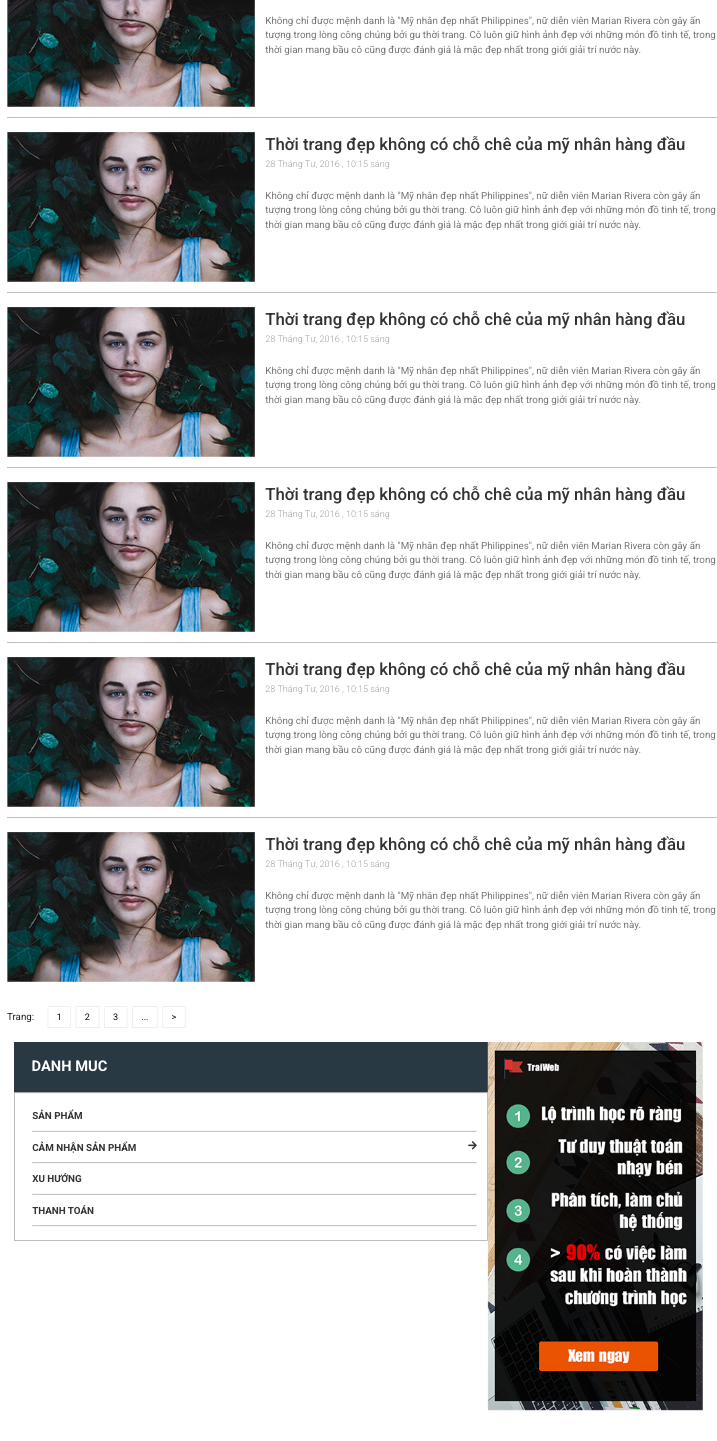
Repository: vinhtk0209/Vietsoz-reponsive
Page: index.html
The author's editor kept a copy of each file at every save. The page is drawn from the files as they stood at one save, then again after a run of saves.
The browser window is 1024 px wide. The pictures show the part of the page from y = 772 to 3012 px (the page is 2831 px tall before and 3012 px after), at 70% of full size.

Above is the page before, as saved 2021-10-24 16:18:37.

### index.html
<!DOCTYPE html>
<html lang="en">
  <head>
    <meta charset="UTF-8" />
    <meta http-equiv="X-UA-Compatible" content="IE=edge" />
    <meta name="viewport" content="width=device-width, initial-scale=1.0" />
    <link rel="stylesheet" href="assets/css/reset.css" />
    <link rel="stylesheet" href="assets/css/global.css" />
    <link rel="stylesheet" href="assets/css/main.css" />
    <link rel="stylesheet" href="assets/fontawesome/css/all.css" />
    <link rel="stylesheet" href="assets/css/reponsive.css" />
    <link rel="preconnect" href="https://fonts.googleapis.com" />
    <link rel="preconnect" href="https://fonts.gstatic.com" crossorigin />
    <link
      href="https://fonts.googleapis.com/css2?family=Roboto:ital,wght@0,100;0,300;0,400;0,500;0,700;0,900;1,100;1,300;1,400;1,500;1,700;1,900&display=swap"
      rel="stylesheet"
    />
    <link rel="preconnect" href="https://fonts.googleapis.com" />
    <link rel="preconnect" href="https://fonts.gstatic.com" crossorigin />
    <link
      href="https://fonts.googleapis.com/css2?family=Roboto+Condensed:ital,wght@0,300;0,400;0,700;1,300;1,400;1,700&display=swap"
      rel="stylesheet"
    />
    <div id="fb-root"></div>
    <script
      async
      defer
      crossorigin="anonymous"
      src="https://connect.facebook.net/vi_VN/sdk.js#xfbml=1&version=v11.0"
      nonce="ecJjSUD8"
    ></script>
    <script
      src="https://code.jquery.com/jquery-3.6.0.js"
      integrity="sha256-H+K7U5CnXl1h5ywQfKtSj8PCmoN9aaq30gDh27Xc0jk="
      crossorigin="anonymous"
    ></script>
    <title>VIESOZ</title>
  </head>

  <body>
    <!-- wrapper starts -->
    <div class="wrapper">
      <!-- header starts -->
      <header class="header">
        <div class="container">
          <div
            class="wp-header-top d-flex align-i-center justify-content-between"
          >
            <div class="header-banner">
              <img src="assets/images/logo.png" alt="" />
            </div>
            <nav class="header-main-menu">
              <ul class="d-flex main-menu">
                <li><a href="">trang chủ</a></li>
                <li><a href="">về chúng tôi</a></li>
                <li class="product-have-menu">
                  <a href=""
                    >sản phẩm
                    <span class="arrow-down"
                      ><i class="fas fa-chevron-down"></i></span
                  ></a>
                </li>

                <li><a href="">xu hướng</a></li>
                <li><a href="">thanh toán</a></li>
                <li><a href="">liên hệ</a></li>
              </ul>
            </nav>
            <nav class="header-main-menu reponsive">
              <ul class="main-menu sub">
                <li><a href="">trang chủ</a></li>
                <li><a href="">về chúng tôi</a></li>
                <li class="product-have-menu">
                  <a href="">sản phẩm </a>
                </li>

                <li><a href="">xu hướng</a></li>
                <li><a href="">thanh toán</a></li>
                <li><a href="">liên hệ</a></li>
              </ul>
            </nav>
            <ul class="icon-menu d-flex">
              <li>
                <a href=""
                  ><span class="search"><i class="fas fa-search"></i></span
                ></a>
              </li>
              <li>
                <a href="" class="shopping-cart"
                  ><span class="icon-cart"
                    ><i class="fas fa-shopping-bag"></i></span
                ></a>
              </li>
            </ul>
            <div class="nav-bar">
              <i class="fas fa-bars"></i>
            </div>
          </div>
        </div>
        <div class="wp-head-extra-menu">
          <ul class="list-menu-header-extra d-flex container">
            <li>
              <a href="">
                <span class="home-icon">
                  <i class="fas fa-home"></i>
                </span>
              </a>
            </li>

            <li class="home-text">
              <a href="">trang chủ</a>
            </li>
            <li>
              <a href="">
                <span class="arrow-righ">
                  <i class="fas fa-arrow-right"></i>
                </span>
              </a>
            </li>
            <li class="trend">
              <a href="">Xu hướng</a>
            </li>
          </ul>
        </div>
      </header>
      <!-- header ends -->

      <!-- content starts -->
      <div id="content">
        <!-- wp-content starts -->
        <div class="container d-flex justify-content-between box-content">
          <div class="wp-content-news">
            <ul class="list-news">
              <li>
                <div class="image-news">
                  <a href="">
                    <img src="assets/images/photo-92222.png" alt="" />
                  </a>
                </div>
                <div class="more-info">
                  <a href="" class="title"
                    >Thời trang đẹp không có chỗ chê của mỹ nhân hàng đầu
                  </a>
                  <p class="date">28 Tháng Tư, 2016 , 10:15 sáng</p>
                  <p class="content">
                    Không chỉ được mệnh danh là "Mỹ nhân đẹp nhất Philippines",
                    nữ diễn viên Marian Rivera còn gây ấn tượng trong lòng công
                    chúng bởi gu thời trang. Cô luôn giữ hình ảnh đẹp với những
                    món đồ tinh tế, trong thời gian mang bầu cô cũng được đánh
                    giá là mặc đẹp nhất trong giới giải trí nước này.
                  </p>
                </div>
              </li>
              <li>
                <div class="image-news">
                  <a href="">
                    <img src="assets/images/photo-92222.png" alt="" />
                  </a>
                </div>
                <div class="more-info">
                  <a href="" class="title"
                    >Thời trang đẹp không có chỗ chê của mỹ nhân hàng đầu
                  </a>
                  <p class="date">28 Tháng Tư, 2016 , 10:15 sáng</p>
                  <p class="content">
                    Không chỉ được mệnh danh là "Mỹ nhân đẹp nhất Philippines",
                    nữ diễn viên Marian Rivera còn gây ấn tượng trong lòng công
                    chúng bởi gu thời trang. Cô luôn giữ hình ảnh đẹp với những
                    món đồ tinh tế, trong thời gian mang bầu cô cũng được đánh
                    giá là mặc đẹp nhất trong giới giải trí nước này.
                  </p>
                </div>
              </li>
              <li>
                <div class="image-news">
                  <a href="">
                    <img src="assets/images/photo-92222.png" alt="" />
                  </a>
                </div>
                <div class="more-info">
                  <a href="" class="title"
                    >Thời trang đẹp không có chỗ chê của mỹ nhân hàng đầu
                  </a>
                  <p class="date">28 Tháng Tư, 2016 , 10:15 sáng</p>
                  <p class="content">
                    Không chỉ được mệnh danh là "Mỹ nhân đẹp nhất Philippines",
                    nữ diễn viên Marian Rivera còn gây ấn tượng trong lòng công
                    chúng bởi gu thời trang. Cô luôn giữ hình ảnh đẹp với những
                    món đồ tinh tế, trong thời gian mang bầu cô cũng được đánh
                    giá là mặc đẹp nhất trong giới giải trí nước này.
                  </p>
                </div>
              </li>
              <li>
                <div class="image-news">
                  <a href="">
                    <img src="assets/images/photo-92222.png" alt="" />
                  </a>
                </div>
                <div class="more-info">
                  <a href="" class="title"
                    >Thời trang đẹp không có chỗ chê của mỹ nhân hàng đầu
                  </a>
                  <p class="date">28 Tháng Tư, 2016 , 10:15 sáng</p>
                  <p class="content">
                    Không chỉ được mệnh danh là "Mỹ nhân đẹp nhất Philippines",
                    nữ diễn viên Marian Rivera còn gây ấn tượng trong lòng công
                    chúng bởi gu thời trang. Cô luôn giữ hình ảnh đẹp với những
                    món đồ tinh tế, trong thời gian mang bầu cô cũng được đánh
                    giá là mặc đẹp nhất trong giới giải trí nước này.
                  </p>
                </div>
              </li>
              <li>
                <div class="image-news">
                  <a href="">
                    <img src="assets/images/photo-92222.png" alt="" />
                  </a>
                </div>
                <div class="more-info">
                  <a href="" class="title"
                    >Thời trang đẹp không có chỗ chê của mỹ nhân hàng đầu
                  </a>
                  <p class="date">28 Tháng Tư, 2016 , 10:15 sáng</p>
                  <p class="content">
                    Không chỉ được mệnh danh là "Mỹ nhân đẹp nhất Philippines",
                    nữ diễn viên Marian Rivera còn gây ấn tượng trong lòng công
                    chúng bởi gu thời trang. Cô luôn giữ hình ảnh đẹp với những
                    món đồ tinh tế, trong thời gian mang bầu cô cũng được đánh
                    giá là mặc đẹp nhất trong giới giải trí nước này.
                  </p>
                </div>
              </li>
              <li>
                <div class="image-news">
                  <a href="">
                    <img src="assets/images/photo-92222.png" alt="" />
                  </a>
                </div>
                <div class="more-info">
                  <a href="" class="title"
                    >Thời trang đẹp không có chỗ chê của mỹ nhân hàng đầu
                  </a>
                  <p class="date">28 Tháng Tư, 2016 , 10:15 sáng</p>
                  <p class="content">
                    Không chỉ được mệnh danh là "Mỹ nhân đẹp nhất Philippines",
                    nữ diễn viên Marian Rivera còn gây ấn tượng trong lòng công
                    chúng bởi gu thời trang. Cô luôn giữ hình ảnh đẹp với những
                    món đồ tinh tế, trong thời gian mang bầu cô cũng được đánh
                    giá là mặc đẹp nhất trong giới giải trí nước này.
                  </p>
                </div>
              </li>
              <li>
                <div class="image-news">
                  <a href="">
                    <img src="assets/images/photo-92222.png" alt="" />
                  </a>
                </div>
                <div class="more-info">
                  <a href="" class="title"
                    >Thời trang đẹp không có chỗ chê của mỹ nhân hàng đầu
                  </a>
                  <p class="date">28 Tháng Tư, 2016 , 10:15 sáng</p>
                  <p class="content">
                    Không chỉ được mệnh danh là "Mỹ nhân đẹp nhất Philippines",
                    nữ diễn viên Marian Rivera còn gây ấn tượng trong lòng công
                    chúng bởi gu thời trang. Cô luôn giữ hình ảnh đẹp với những
                    món đồ tinh tế, trong thời gian mang bầu cô cũng được đánh
                    giá là mặc đẹp nhất trong giới giải trí nước này.
                  </p>
                </div>
              </li>
              <li>
                <div class="image-news">
                  <a href="">
                    <img src="assets/images/photo-92222.png" alt="" />
                  </a>
                </div>
                <div class="more-info">
                  <a href="" class="title"
                    >Thời trang đẹp không có chỗ chê của mỹ nhân hàng đầu
                  </a>
                  <p class="date">28 Tháng Tư, 2016 , 10:15 sáng</p>
                  <p class="content">
                    Không chỉ được mệnh danh là "Mỹ nhân đẹp nhất Philippines",
                    nữ diễn viên Marian Rivera còn gây ấn tượng trong lòng công
                    chúng bởi gu thời trang. Cô luôn giữ hình ảnh đẹp với những
                    món đồ tinh tế, trong thời gian mang bầu cô cũng được đánh
                    giá là mặc đẹp nhất trong giới giải trí nước này.
                  </p>
                </div>
              </li>
            </ul>
            <!-- num pages starts -->
            <div class="nums-page">
              <ul class="pages-num d-flex align-i-center">
                <li>trang:</li>
                <li><a href="">1</a></li>
                <li><a href="">2</a></li>
                <li><a href="">3</a></li>
                <li><a href="">...</a></li>
                <li><a href="">></a></li>
              </ul>
            </div>
            <!-- num pages ends -->
        </div>
        <!-- wp-content ends -->

        <!-- sidebar starts -->
        <div class="wp-content-list-caterory">
          <div class="box-caterory">
            <div class="box-title">
              <h3>danh muc</h3>
            </div>
            <div class="box-body">
              <ul>
                <li><a href="">sản phẩm</a></li>
                <li>
                  <a href=""
                    >cảm nhận sản phẩm
                    <span class="arrow-right"
                      ><i class="fas fa-arrow-right"></i></span
                  ></a>
                </li>
                <li><a href="">xu hướng</a></li>
                <li><a href="">thanh toán</a></li>
              </ul>
            </div>
          </div>
          <div class="box-banner">
            <a href="">
              <img src="assets/images/banner-02.png" alt="" />
            </a>
          </div>
          <div class="list-product">
            <div class="box-product">
              <div class="box-title">
                <h3>sản phẩm bán chạy</h3>
              </div>
              <div class="box-body">
                <ul>
                  <li>
                    <div class="image-product">
                      <a href="">
                        <img src="assets/images/Layer_9_copy.png" alt="" />
                      </a>
                    </div>
                    <div class="info-product">
                      <a href="" class="title">
                        Mascara làm dày và dài mi MAYBELLINE Falsies 9.2m
                      </a>
                      <p class="price">
                        345.000đ
                        <span class="discount"><del>380.000 đ</del></span>
                      </p>

                      <a href="" class="details"
                        >Chi tiết
                        <span class="buy-arrow-right"
                          ><i class="fas fa-arrow-right"></i></span
                      ></a>
                    </div>
                  </li>
                  <li>
                    <div class="image-product">
                      <a href="">
                        <img src="assets/images/Layer_9_copy.png" alt="" />
                      </a>
                    </div>
                    <div class="info-product">
                      <a href="" class="title">
                        Mascara làm dày và dài mi MAYBELLINE Falsies 9.2m
                      </a>
                      <p class="price">
                        345.000đ
                        <span class="discount"><del>380.000 đ</del></span>
                      </p>

                      <a href="" class="details"
                        >Chi tiết
                        <span class="buy-arrow-right"
                          ><i class="fas fa-arrow-right"></i></span
                      ></a>
                    </div>
                  </li>
                  <li>
                    <div class="image-product">
                      <a href="">
                        <img src="assets/images/Layer_9_copy.png" alt="" />
                      </a>
                    </div>
                    <div class="info-product">
                      <a href="" class="title">
                        Mascara làm dày và dài mi MAYBELLINE Falsies 9.2m
                      </a>
                      <p class="price">
                        345.000đ
                        <span class="discount"><del>380.000 đ</del></span>
                      </p>

                      <a href="" class="details"
                        >Chi tiết
                        <span class="buy-arrow-right"
                          ><i class="fas fa-arrow-right"></i></span
                      ></a>
                    </div>
                  </li>
                  <li>
                    <div class="image-product">
                      <a href="">
                        <img src="assets/images/Layer_9_copy.png" alt="" />
                      </a>
                    </div>
                    <div class="info-product">
                      <a href="" class="title">
                        Mascara làm dày và dài mi MAYBELLINE Falsies 9.2m
                      </a>
                      <p class="price">
                        345.000đ
                        <span class="discount"><del>380.000 đ</del></span>
                      </p>

                      <a href="" class="details"
                        >Chi tiết
                        <span class="buy-arrow-right"
                          ><i class="fas fa-arrow-right"></i></span
                      ></a>
                    </div>
                  </li>
                  <li>
                    <div class="image-product">
                      <a href="">
                        <img src="assets/images/Layer_9_copy.png" alt="" />
                      </a>
                    </div>
                    <div class="info-product">
                      <a href="" class="title">
                        Mascara làm dày và dài mi MAYBELLINE Falsies 9.2m
                      </a>
                      <p class="price">
                        345.000đ
                        <span class="discount"><del>380.000 đ</del></span>
                      </p>

                      <a href="" class="details"
                        >Chi tiết
                        <span class="buy-arrow-right"
                          ><i class="fas fa-arrow-right"></i></span
                      ></a>
                    </div>
                  </li>
                </ul>
              </div>
            </div>
          </div>
        </div>
      </div>
        <!-- sidebar ends -->
      </div>

      <!-- content ends -->
    </div>
    <!-- wrapper ends -->
    <script src="assets/js/main.js"></script>
  </body>
</html>

### assets/css/global.css
/* .text-center{
    text-align: center;
}
.text-left{
    text-align: left;
}
.text-right{
    text-align: right;
}
.float-left{
    float:left;

}
.float-right{
    float:right;
}
.container{
    width:1150px;
    margin:0px auto;


}
.flex-space{
    display:flex;
    justify-content:space-between;
}
.align-i-center{
    align-items: center;
}
.mg-top-30{
    margin-top: 30px;
}
.mg-top-22{
    margin-top: 22px;
}
.d-flex{
    display:flex;
}
.bg-black{

    background-color: #131619;
}
.pt-10{
    padding-top: 10px;
} */
.container {
    max-width: 1200px;

    margin: 0px auto;
    /* display:flex; */

}

.justify-content-between {
    justify-content: space-between;
}

.d-flex {
    display: flex;
}

.jus-between {
    justify-content: space-between;
}

.align-i-center {
    align-items: center;
}

.mg-bottom-80 {
    margin-bottom: 80px;
}

.fl-basics-30 {
    flex-basis: 30%;
}

.pd-top-40 {
    padding-top: 40px;
}
.pd-top-10{
    padding-top:10px;
}
.text-center {
    text-align: center;
}

### assets/css/reponsive.css
@media screen and (max-width: 1180px) {
    #content .box-content {
        flex-direction: column;
    }
    .wp-content-news{
        margin-bottom: 20px;
    }
    .wp-content-list-caterory {
        display: flex;
        justify-content:space-between;
        padding: 0 20px;
    }
    .wp-content-list-caterory .box-caterory{
        flex-grow: 1;
    }
    .wp-content-list-caterory .list-product{
        flex-grow: 1;
    }
    .wp-content-list-caterory .list-product {
        display: none;

    }
}


@media screen and (max-width: 1040px) {
    nav.header-main-menu {
        display: none;
    }

    .nav-bar {
        display: block;
    }
}

@media screen and (max-width: 768px) {

    .wp-content-news ul.list-news li .more-info p.content,
    .wp-content-news ul.list-news li .more-info p.date {
        display: none;
    }

}

@media screen and (max-width: 530px) {
    .wp-content-news ul.list-news li {
        flex-direction: column;
    }

    .wp-content-news ul.list-news li .more-info {
        padding-right: 120px;
        padding-left: 5px;
    }

}

@media screen and (max-width: 450px) {
    .wp-content-news ul.list-news li .more-info a.title {
        font-size: 15px;
    }

}

Loaded but not shown: assets/fontawesome/css/all.css (library); assets/js/main.js (5 lines, source omitted); assets/css/main.css (438 lines, source omitted); assets/css/reset.css (349 lines, source omitted)

After the next 3 saves:
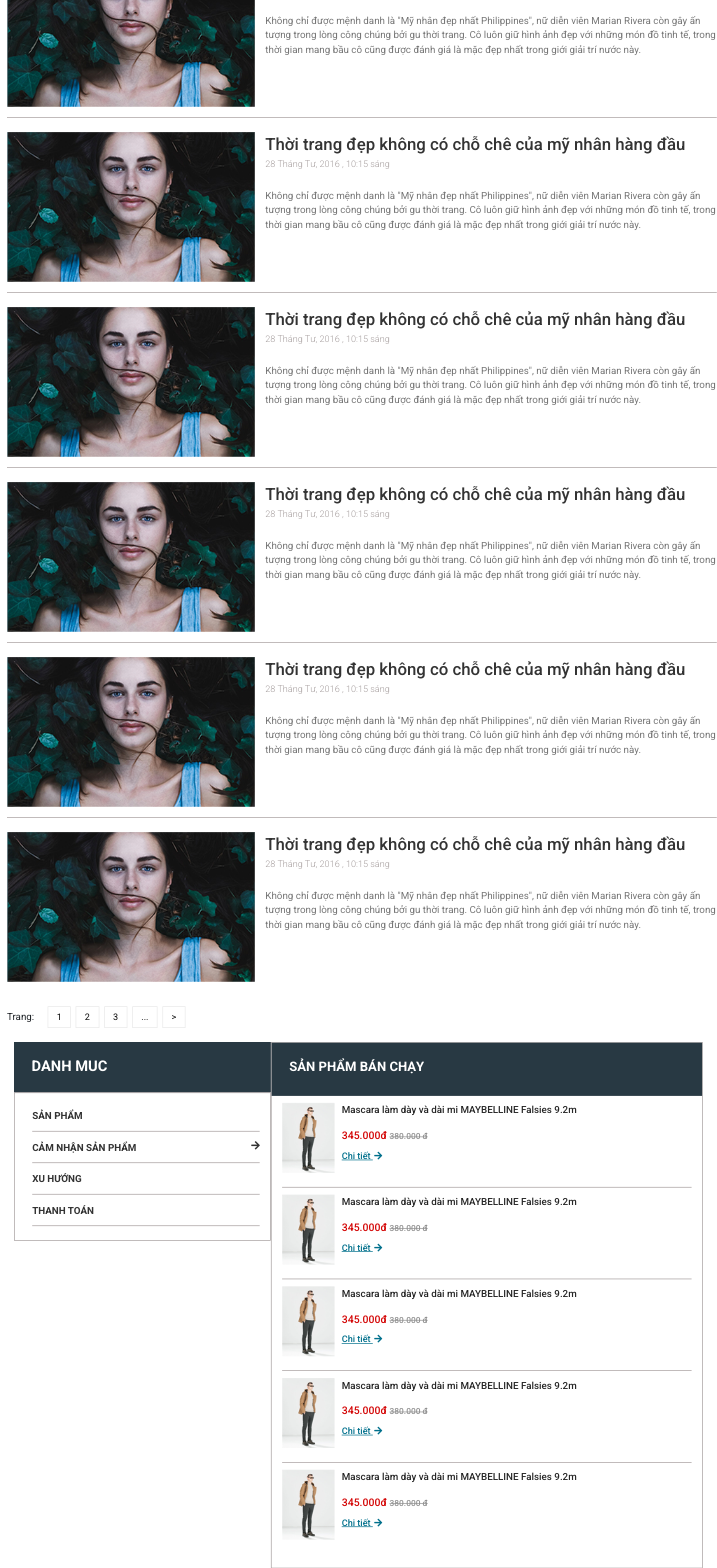
The 3 saves are shown as one change because they came seconds apart.
The last was saved 9 s later.
--- a/assets/css/reponsive.css
+++ b/assets/css/reponsive.css
@@ -16,7 +16,7 @@
     .wp-content-list-caterory .list-product{
         flex-grow: 1;
     }
-    .wp-content-list-caterory .list-product {
+    .wp-content-list-caterory .box-banner {
         display: none;
 
     }
